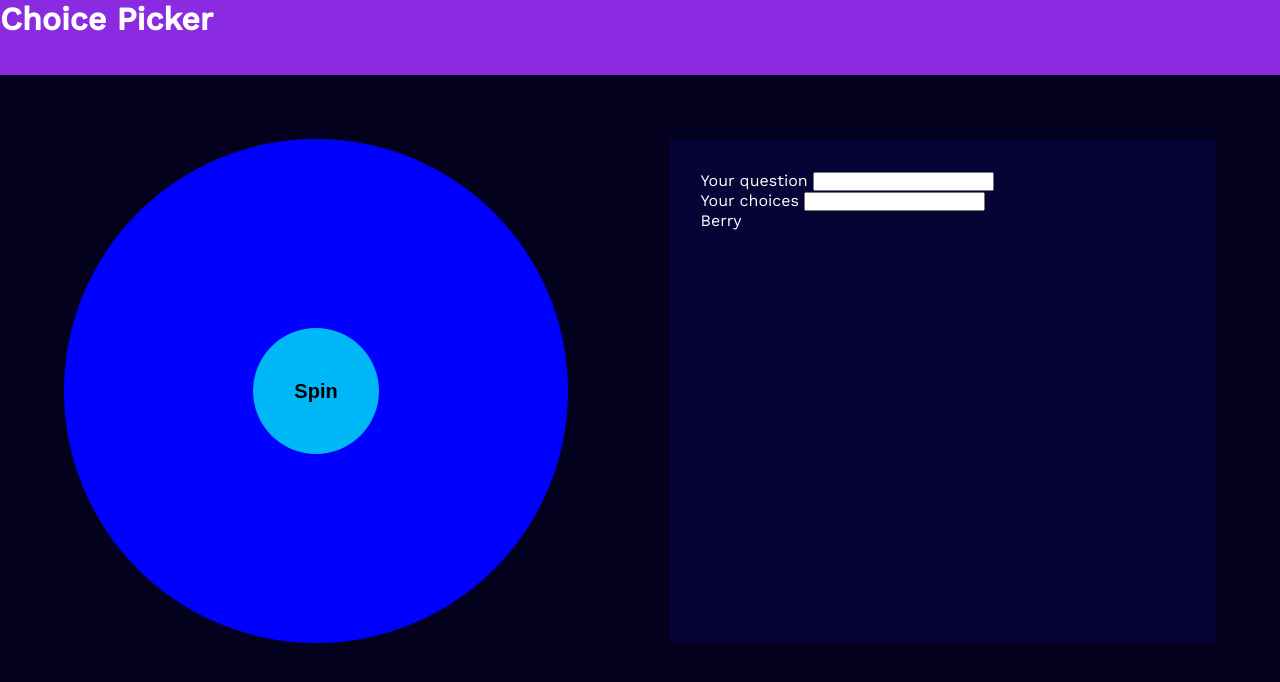
Repository: emiliaiwu/choice_wheel_spinner
Page: index.html
These files come from the project's save history. The page is drawn as it stood at one moment and after the next save; the edit follows.
The browser window is 1280 px wide. The pictures show the whole page.

Above is the page before, as saved 2023-01-09 23:52:20.

### index.html
<!DOCTYPE html>
<html lang="en">
<head>
    <meta charset="UTF-8">
    <meta http-equiv="X-UA-Compatible" content="IE=edge">
    <meta name="viewport" content="width=device-width, initial-scale=1.0">
    <link rel="stylesheet" href="style.css">
    <title>Choice Picker</title>
</head>
<body>
    <header>
        <h1>Choice Picker</h1>
    </header>
    <div class="container">
        <div class="choice_picker_container">
            <div class="choice_picker">
                <div class="circle">
                    <button class="spin">
                        <h2>Spin</h2>
                    </button>
                </div>
            </div>
            <div class="choice_details">
                <div class="question">
                    <label for="question">Your question</label>
                    <input type="text" name="question" id="question">
                </div>
                <div class="make_choices">
                    <label for="choices">Your choices</label>
                    <input type="text" name="choices" id="choices">
                </div>
                <div class="listed_choices">
                    <span class="choice">Berry</span>
                </div>
            </div>
        </div>
        <div class="picked_choice">

        </div>
    </div>
</body>
</html>

### style.css
@import url('https://fonts.googleapis.com/css2?family=Work+Sans:ital,wght@0,400;0,500;1,700&display=swap');

* {
    padding: 0;
    margin: 0;
    box-sizing: border-box;
}


body {
    background-color: rgb(3, 1, 30);
    font-family: 'Work Sans', sans-serif;
    max-width: 100vw;
    min-height: 100vh;
    color: #ffffff;

}

header {
    height: 75px;
    width: 100%;
    background-color: blueviolet;
}


.spin {
    display: flex;
    align-items: center;
    justify-content: center;

}

.container {
    padding: 5%;
}

.container,
.choice_picker {
    width: 100%;
    height: 100%;
}

.choice_picker_container {
    display: flex;
    align-items: flex-start;
    justify-content: space-between;
    gap: 2rem;
}

.circle {
    width: 70vmin;
    height: 70vmin;
    background-color: blue;
    border-radius: 50%;
    position: relative;
}

.spin {
    width: 25%;
    height: 25%;
    background-color: rgba(0, 246,246,0.75);
    position: absolute;
    border-radius: 50%;
    top: 50%;
    left: 50%;
    transform: translate(-50%, -50%);
    outline: none;
    border: none;
}


.choice_details {
    padding: 2rem;
    height: 70vmin;
    width: 90%;
    background-color: rgb(7, 3, 53);

}

After the next save:
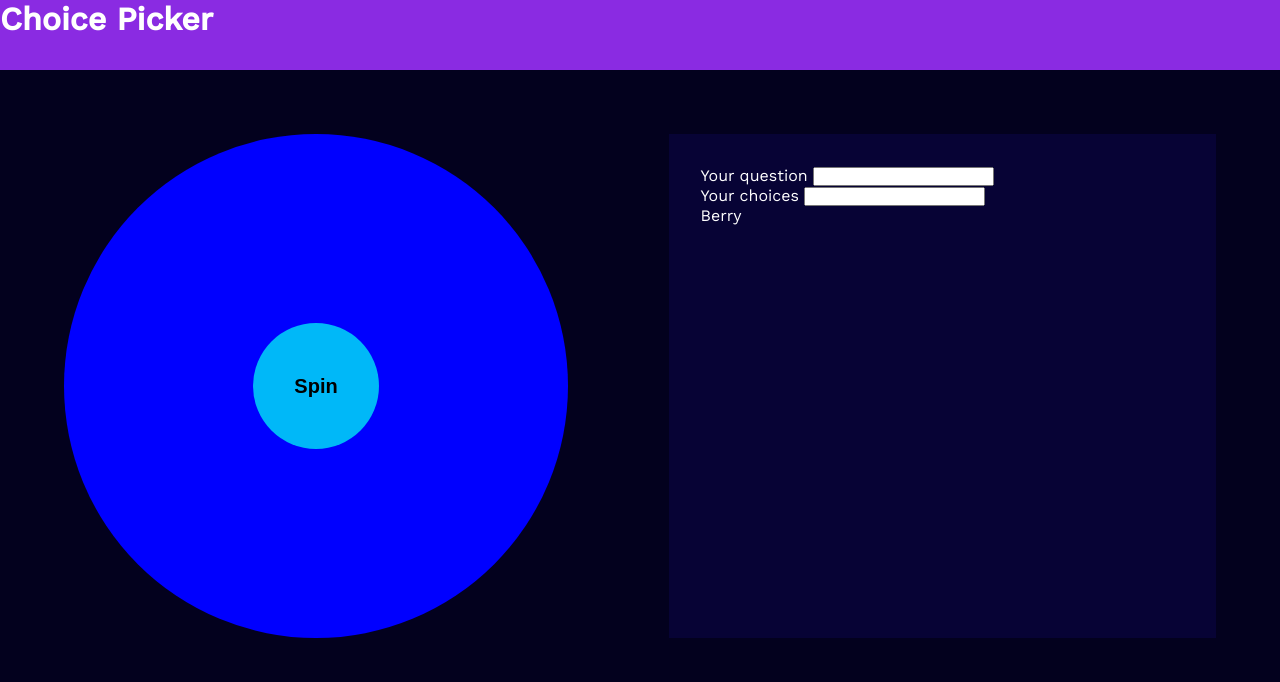
Saved 13 s later.
--- a/style.css
+++ b/style.css
@@ -17,7 +17,7 @@ body {
 }
 
 header {
-    height: 75px;
+    height: 70px;
     width: 100%;
     background-color: blueviolet;
 }
